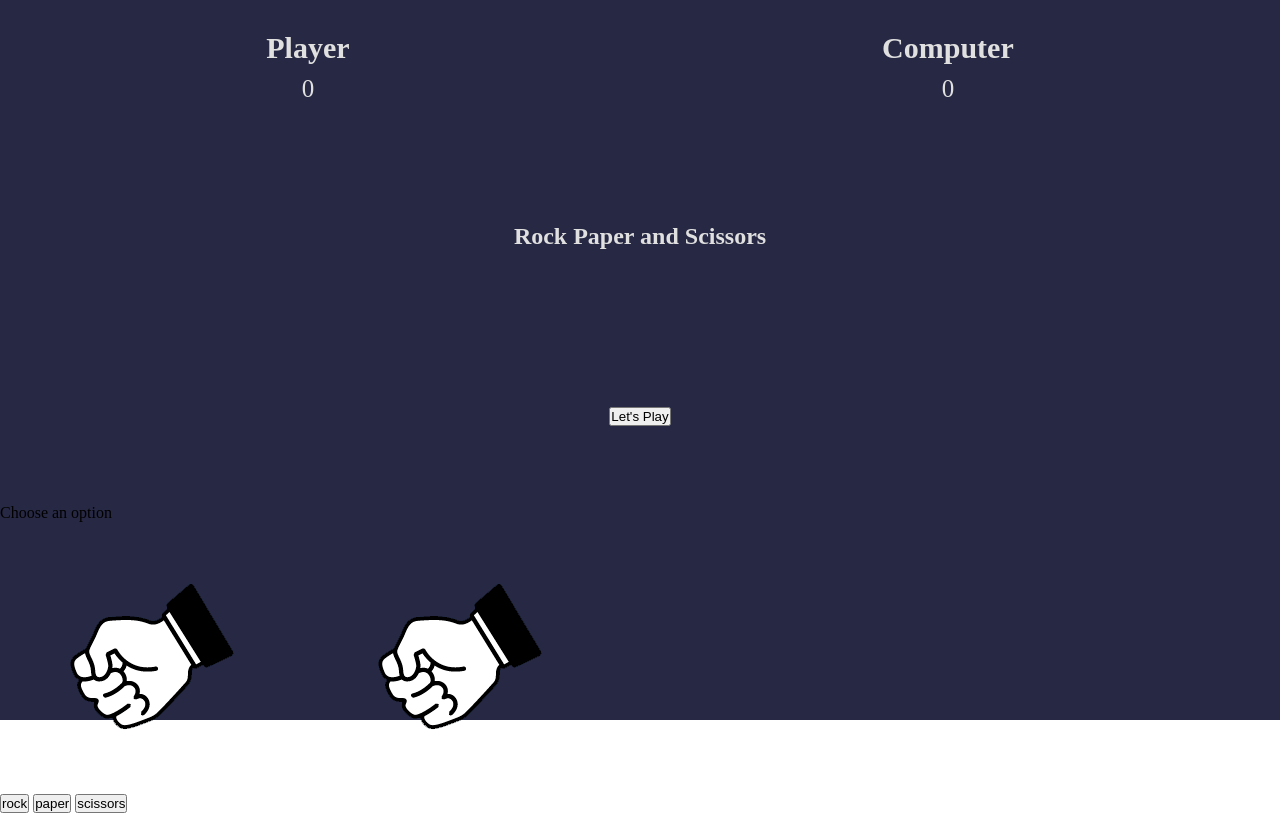
Repository: issaRan/Rock-Paper-Scissors
Page: index.html
The author's editor kept a copy of each file at every save. The page is drawn from the files as they stood at one save, then again after the next save.
The browser window is 1280 px wide. The pictures show the whole page.

Above is the page before, as saved 2020-10-23 22:34:17.

After the next save:
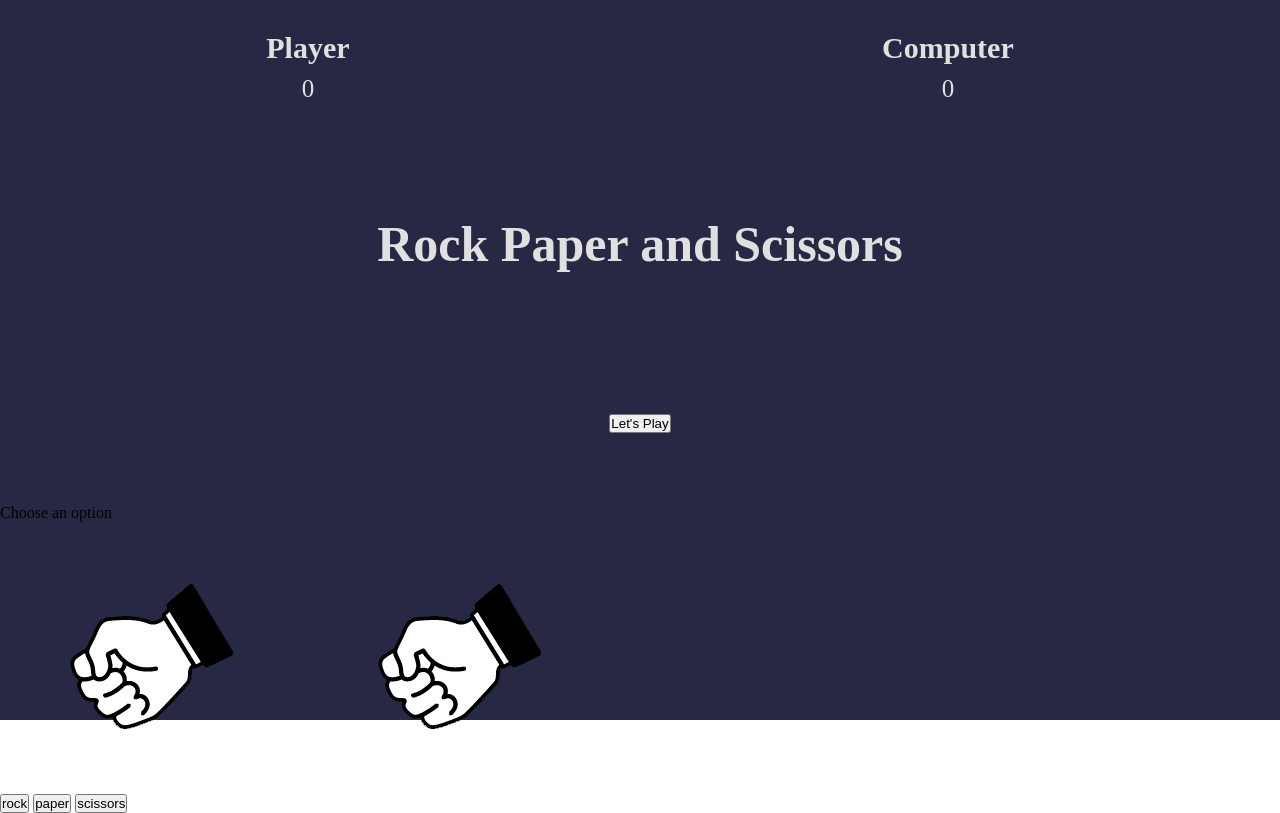
Saved 15 s later.
--- a/style.css
+++ b/style.css
@@ -33,3 +33,6 @@ section{
     align-items: center;
     justify-content: space-around;
 }
+.intro h1 {
+    font-size: 50px;
+}
